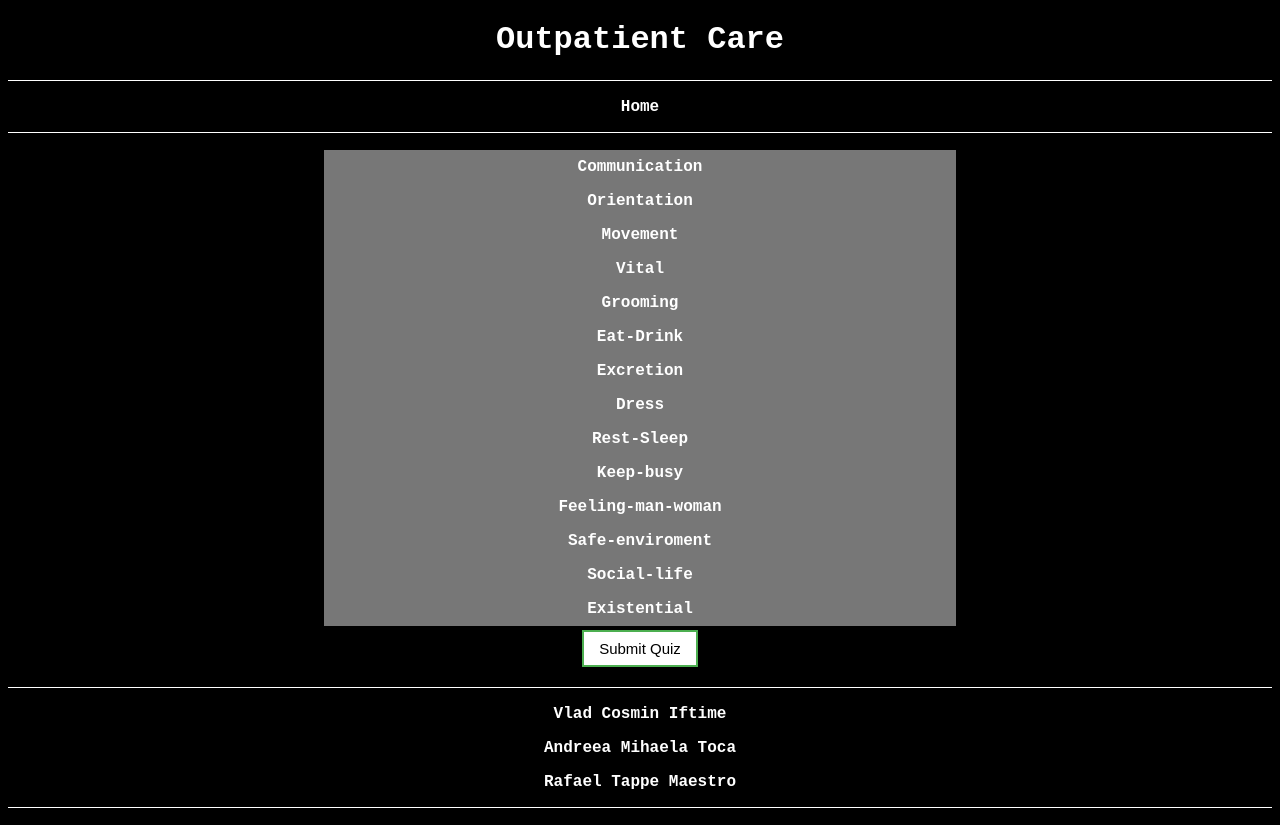
Repository: VladIftime/KnowledgeTechnology2019
Page: src/front/index.html
The author's editor kept a copy of each file at every save. The page is drawn from the files as they stood at one save, then again after the next save.
The browser window is 1280 px wide. The pictures show the whole page.

Above is the page before, as saved 2020-01-11 21:04:48.

After the next save:
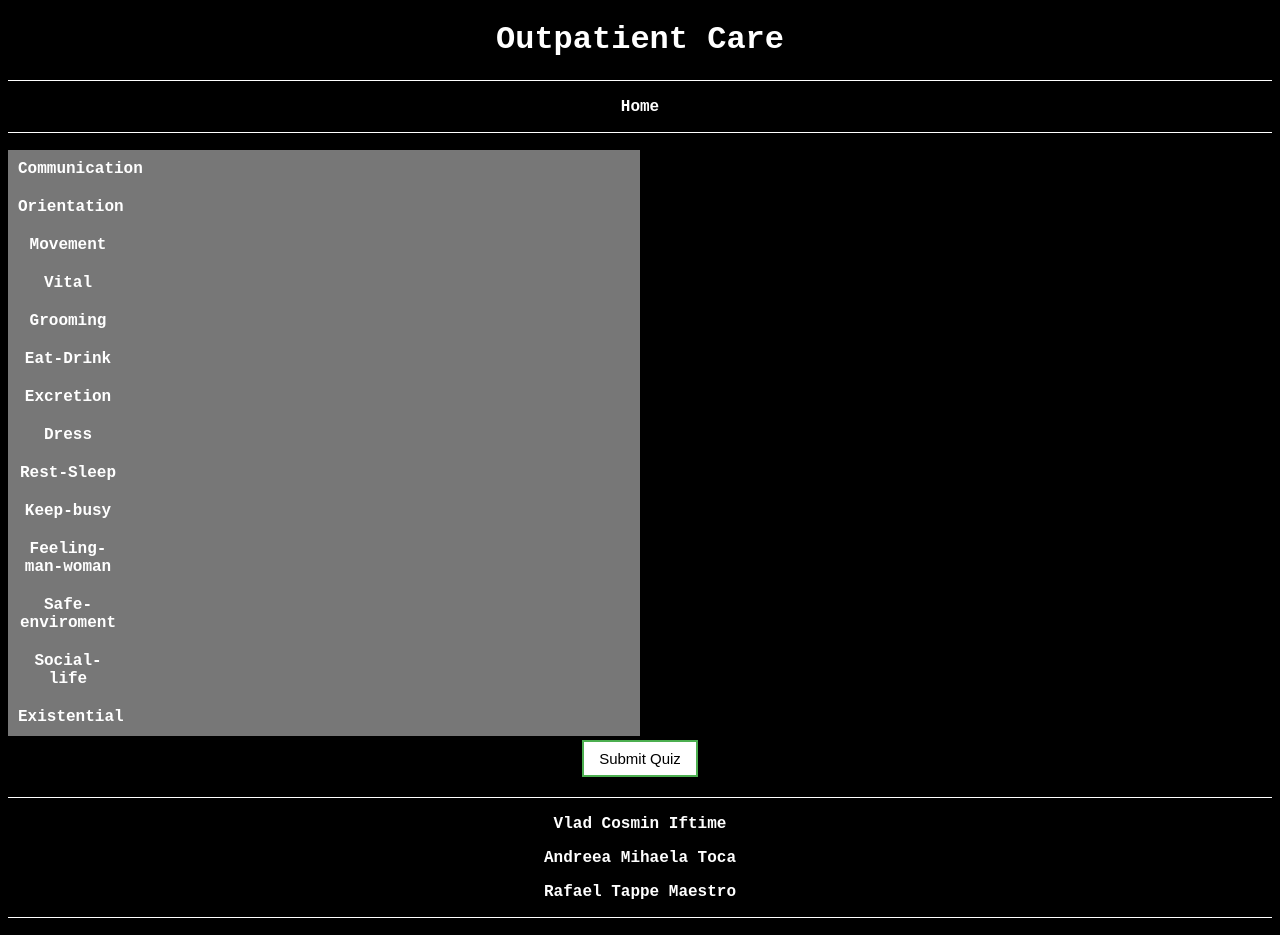
Saved 4 s later.
--- a/src/front/questions.js
+++ b/src/front/questions.js
@@ -10,7 +10,7 @@
         const element = areas[index];
         let title = element;
         //title[0].toUpperCase();
-        sec.innerHTML+='<section id ='+ element + '> <button type="button" class="collapse grif">'+title+'</button> <div class="collapse-content"> </div> </section>'
+        sec.innerHTML+='<section id ='+ element + '> <button type="button" class="collapse grid-container">'+title+'</button> <div class="collapse-content"> </div> </section>'
     }
 }
 

After the 3 saves that followed:
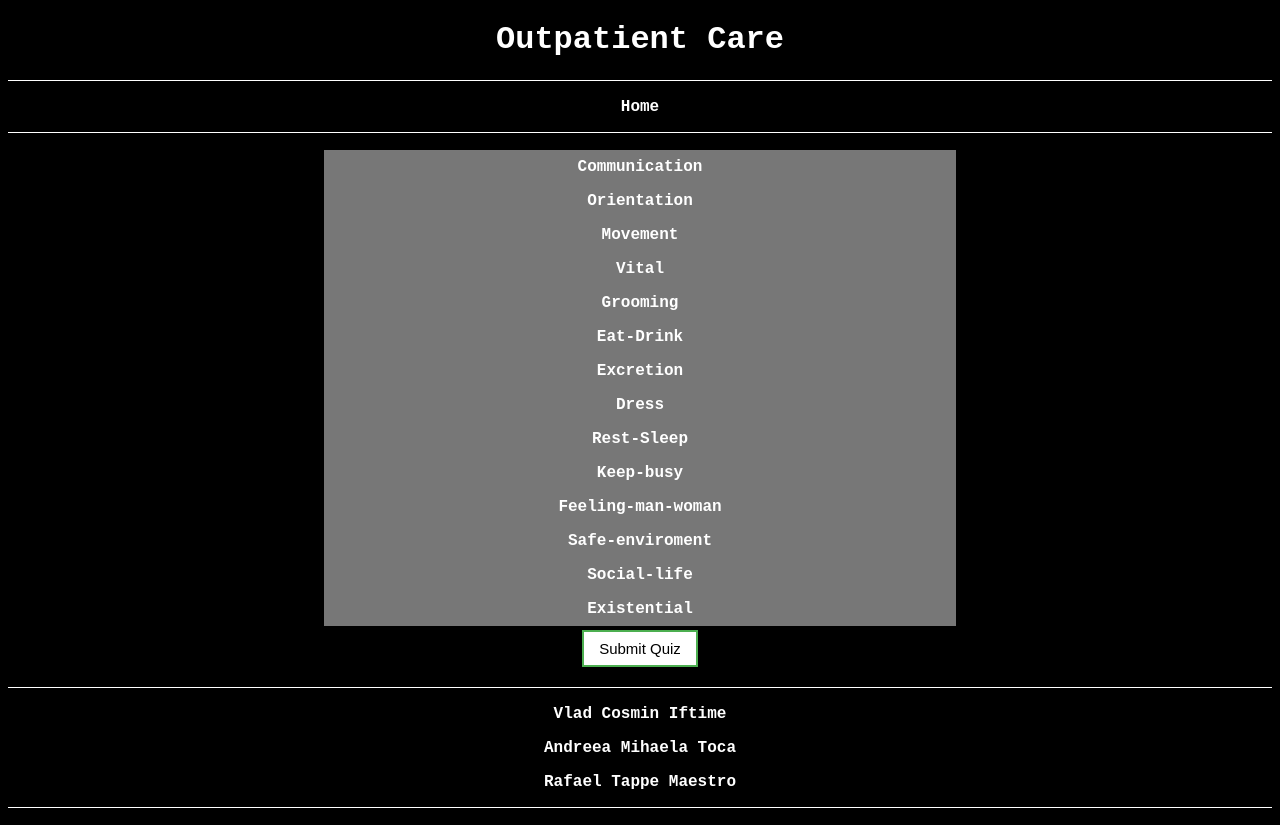
The 3 saves are shown as one change because 2 left the picture as it was.
The last was saved 47 s later.
--- a/src/front/questions.js
+++ b/src/front/questions.js
@@ -10,7 +10,7 @@
         const element = areas[index];
         let title = element;
         //title[0].toUpperCase();
-        sec.innerHTML+='<section id ='+ element + '> <button type="button" class="collapse grid-container">'+title+'</button> <div class="collapse-content"> </div> </section>'
+        sec.innerHTML+='<section id ='+ element + '> <button type="button" class="collapse">'+title+'</button> <div class="collapse-content"> </div> </section>'
     }
 }
 
